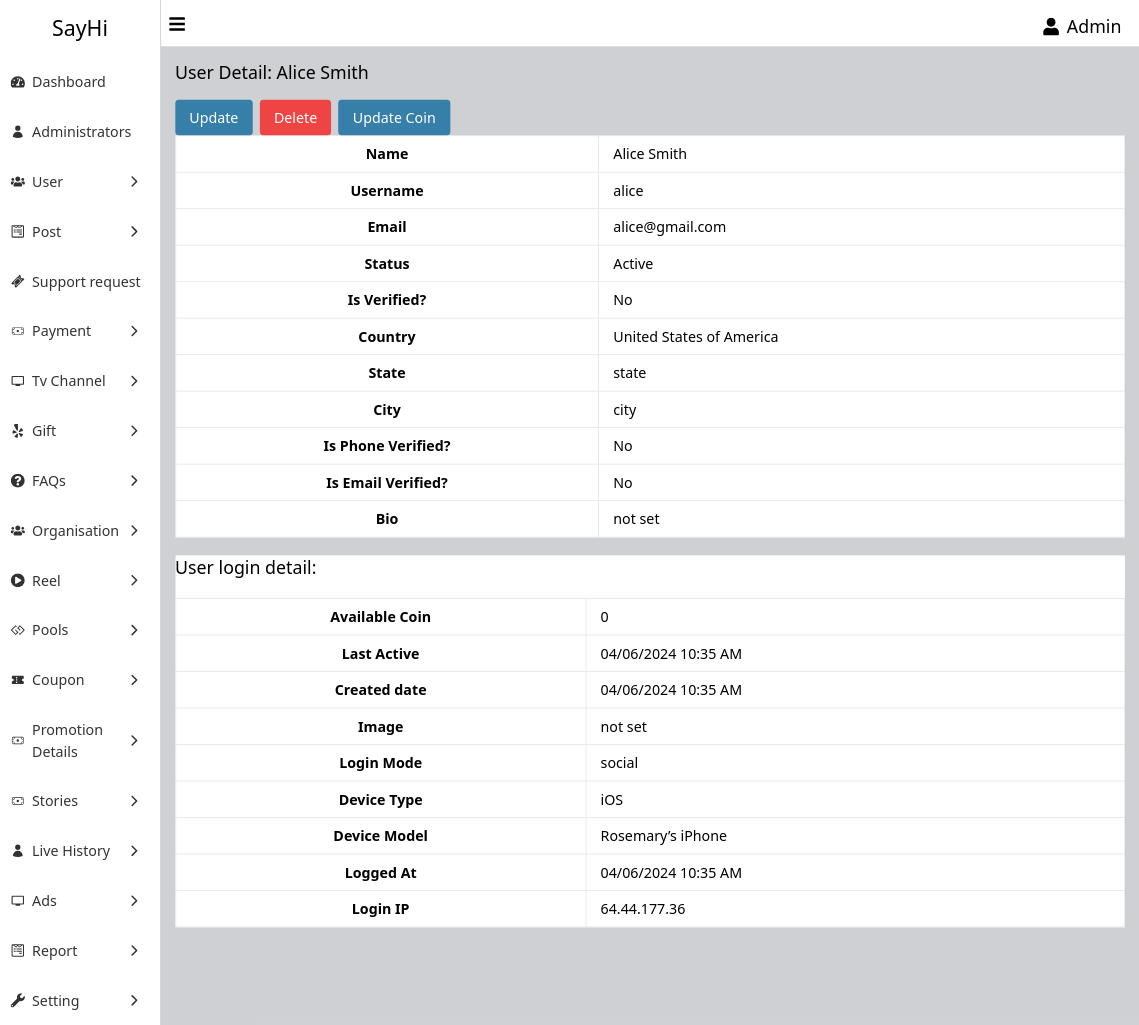
Repository: Husein8/Dashboard
Page: /userDetails/1
An editor plug-in stored every save of this project. The page is shown before and after the next save, followed by the edit.
The browser window is 1280 px wide. The pictures show the whole page, at 89% of full size.
The project was rebuilt for these pictures with package versions that can differ from the ones it lists, and the page was loaded fresh each time. Also part of the build but not shown: vite.config.js, src/components/Login.jsx, src/components/Charts.jsx, src/components/LatestPost.jsx, src/components/NewUsersData.jsx, src/components/NewUsers.jsx, src/components/TableUsersData.jsx, src/components/Footer.jsx and 13 more.

Above is the page before, as saved 2024-06-09 20:48:52.

### src/App.jsx
import React, { useState } from "react";
import { BrowserRouter as Router, Route, Routes } from "react-router-dom";
import Login from "./components/Login";
import Dashboard from "./components/Dashboard";
import OnboardSettings from "./Pages/OnboardSettings";
import AdminSettings from "./Pages/AdminSettings";
import ContactInfo from "./Pages/ContactInfo";
import { AdminSettingsProvider } from "./context/AdminSettingsContext";
import MainLayout from "./components/MainLayout";
import Users from "./Pages/Users";
import UserDetails from "./Pages/UserDetails";
import UpdateUser from "./Pages/UpdateUser";
import UpdateCoinUser from "./Pages/UpdateCoinUser";
import { UserProvider } from "./context/UserContext";

const App = () => {
  const [login, setLogin] = useState(true);

  return (
    <AdminSettingsProvider>
      <UserProvider>
        <Router>
          <Routes>
            <Route
              index
              element={<Login login={login} setLogin={setLogin} />}
            />
            <Route element={<MainLayout login={login} setLogin={setLogin} />}>
              <Route path="/dashboard" element={<Dashboard />} />
              <Route path="/dashboard/settings" element={<OnboardSettings />} />
              <Route path="/adminSettings" element={<AdminSettings />} />
              <Route path="/contactInfo" element={<ContactInfo />} />
              <Route path="/users" element={<Users />} />
              <Route path="/userDetails/:id" element={<UserDetails />} />
              <Route path="/update/:id" element={<UpdateUser />} />
              <Route path="/update-coin/:id" element={<UpdateCoinUser />} />
            </Route>
          </Routes>
        </Router>
      </UserProvider>
    </AdminSettingsProvider>
  );
};

export default App;

### src/index.css
@import "tailwindcss/base";
@import "tailwindcss/components";
@import "tailwindcss/utilities";

.bg-svg {
  background-image: url("wave.png");
}

### src/context/AdminSettingsContext.jsx
import React, { createContext, useState, useContext, useEffect } from "react";

const AdminSettingsContext = createContext();

const defaultSettings = {
  isUsernameRequired: false,
  isEmailRequired: false,
  isPhoneRequired: false,
  isAddressRequired: false,
  isDateOfBirthRequired: false,
  isFirstNameRequired: false,
  isLastNameRequired: false,
  isGenderRequired: false,
  isLocationRequired: false,
  isInterestsRequired: false,
  isPhotoRequired: false,
  isBioRequired: false,
  bioMaxLength: 200,
  isFindFriendsVisible: false,
  interestsList: ["Football", "Chess", "Reading", "Traveling", "Cooking"],
};

export const AdminSettingsProvider = ({ children }) => {
  const [settings, setSettings] = useState(() => {
    const savedSettings = localStorage.getItem("adminSettings");
    return savedSettings ? JSON.parse(savedSettings) : defaultSettings;
  });

  useEffect(() => {
    localStorage.setItem("adminSettings", JSON.stringify(settings));
  }, [settings]);

  const toggleSetting = (setting) => {
    setSettings((prevSettings) => ({
      ...prevSettings,
      [setting]: !prevSettings[setting],
    }));
  };

  const setBioMaxLength = (length) => {
    setSettings((prevSettings) => ({
      ...prevSettings,
      bioMaxLength: length,
    }));
  };

  const addInterest = (interest) => {
    setSettings((prevSettings) => ({
      ...prevSettings,
      interestsList: [...prevSettings.interestsList, interest],
    }));
  };

  const removeInterest = (interest) => {
    setSettings((prevSettings) => ({
      ...prevSettings,
      interestsList: prevSettings.interestsList.filter(
        (item) => item !== interest
      ),
    }));
  };

  return (
    <AdminSettingsContext.Provider
      value={{
        settings,
        toggleSetting,
        setBioMaxLength,
        addInterest,
        removeInterest,
      }}
    >
      {children}
    </AdminSettingsContext.Provider>
  );
};

export const useAdminSettings = () => useContext(AdminSettingsContext);

### src/components/MainLayout.jsx
import React, { useEffect, useState } from "react";
import { Outlet } from "react-router-dom";
import Sidebar from "./Sidebar";
import HeaderSidebarAdmin from "./HeaderSidebarAdmin";

const MainLayout = ({ login, setLogin }) => {
  const [sidebarOpen, setSidebarOpen] = useState(false);

  const toggleSidebar = () => {
    setSidebarOpen((prevSidebarOpen) => !prevSidebarOpen);
  };

  useEffect(() => {
    const handleResize = () => {
      if (window.innerWidth >= 760) {
        setSidebarOpen(true);
      } else {
        setSidebarOpen(false);
      }
    };

    handleResize();

    window.addEventListener("resize", handleResize);
    return () => window.removeEventListener("resize", handleResize);
  }, []);

  return (
    <div className="flex">
      <div className="w-1/10 bg-opacity-20 bg-white">
        {login ? (
          <Sidebar
            sidebarOpen={sidebarOpen}
            toggleSidebar={toggleSidebar}
            setSidebarOpen={setSidebarOpen}
            login={login}
          />
        ) : (
          ""
        )}
      </div>
      <div className="w-full bg-gray-900 bg-opacity-20">
        <HeaderSidebarAdmin toggleSidebar={toggleSidebar} login={login} />
        <div className="w-full bg-bgMainContent">
          <Outlet />
        </div>
      </div>
    </div>
  );
};

export default MainLayout;

### src/Pages/UserDetails.jsx
// UserDetails.jsx
import React, { useContext } from "react";
import { useNavigate, useParams } from "react-router-dom";
import { UserContext } from "../context/UserContext";

const UserDetails = () => {
  const { id } = useParams();
  const { users } = useContext(UserContext);
  const user = users[id];
  const navigate = useNavigate();

  const handleUpdateClick = () => {
    navigate(`/update/${id}`);
  };

  const handleUpdateCoinClick = () => {
    navigate(`/update-coin/${id}`);
  };

  const handleDeleteClick = () => {
    // Logic to delete the user
    console.log(`User with ID ${id} deleted`);
    navigate("/users");
  };

  if (!user) {
    return <div>User not found</div>;
  }

  return (
    <div className="container mx-auto p-4">
      <h2 className="text-xl mb-3 font-medium">User Detail: {user.name}</h2>
      <div className="mt-4">
        <button
          onClick={handleUpdateClick}
          className="mr-2 bg-buttonsColor text-white px-4 py-2 rounded"
        >
          Update
        </button>
        <button
          onClick={handleDeleteClick}
          className="mr-2 bg-red-500 text-white px-4 py-2 rounded"
        >
          Delete
        </button>
        <button
          onClick={handleUpdateCoinClick}
          className="bg-buttonsColor text-white px-4 py-2 rounded"
        >
          Update Coin
        </button>
      </div>
      <div className="overflow-x-auto">
        <table className="min-w-full bg-white border border-gray-200">
          <tbody>
            <tr>
              <th className="py-2 px-4 border">Name</th>
              <td className="py-2 px-4 border">{user.name}</td>
            </tr>
            <tr>
              <th className="py-2 px-4 border">Username</th>
              <td className="py-2 px-4 border">{user.username}</td>
            </tr>
            <tr>
              <th className="py-2 px-4 border">Email</th>
              <td className="py-2 px-4 border">{user.email}</td>
            </tr>
            <tr>
              <th className="py-2 px-4 border">Status</th>
              <td className="py-2 px-4 border">{user.status}</td>
            </tr>
            <tr>
              <th className="py-2 px-4 border">Is Verified?</th>
              <td className="py-2 px-4 border">
                {user.isVerified ? "Yes" : "No"}
              </td>
            </tr>
            <tr>
              <th className="py-2 px-4 border">Country</th>
              <td className="py-2 px-4 border">{user.country}</td>
            </tr>
            <tr>
              <th className="py-2 px-4 border">State</th>
              <td className="py-2 px-4 border">{user.state}</td>
            </tr>
            <tr>
              <th className="py-2 px-4 border">City</th>
              <td className="py-2 px-4 border">{user.city}</td>
            </tr>
            <tr>
              <th className="py-2 px-4 border">Is Phone Verified?</th>
              <td className="py-2 px-4 border">
                {user.isPhoneVerified ? "Yes" : "No"}
              </td>
            </tr>
            <tr>
              <th className="py-2 px-4 border">Is Email Verified?</th>
              <td className="py-2 px-4 border">
                {user.isEmailVerified ? "Yes" : "No"}
              </td>
            </tr>
            <tr>
              <th className="py-2 px-4 border">Bio</th>
              <td className="py-2 px-4 border">
                {user.bio ? user.bio : "not set"}
              </td>
            </tr>
          </tbody>
        </table>
        <div className=" bg-white">
          <h2 className="my-5 text-xl font-normal ">User login detail:</h2>
          <table className="min-w-full bg-white border border-gray-200">
            <tbody>
              <tr>
                <th className="py-2 px-4 border">Available Coin</th>
                <td className="py-2 px-4 border">{user.availableCoin}</td>
              </tr>
              <tr>
                <th className="py-2 px-4 border">Last Active</th>
                <td className="py-2 px-4 border">{user.lastActive}</td>
              </tr>
              <tr>
                <th className="py-2 px-4 border">Created date</th>
                <td className="py-2 px-4 border">{user.createdDate}</td>
              </tr>
              <tr>
                <th className="py-2 px-4 border">Image</th>
                <td className="py-2 px-4 border">
                  {user.image ? user.image : "not set"}
                </td>
              </tr>
              <tr>
                <th className="py-2 px-4 border">Login Mode</th>
                <td className="py-2 px-4 border">{user.loginMode}</td>
              </tr>
              <tr>
                <th className="py-2 px-4 border">Device Type</th>
                <td className="py-2 px-4 border">{user.deviceType}</td>
              </tr>
              <tr>
                <th className="py-2 px-4 border">Device Model</th>
                <td className="py-2 px-4 border">{user.deviceModel}</td>
              </tr>
              <tr>
                <th className="py-2 px-4 border">Logged At</th>
                <td className="py-2 px-4 border">{user.loggedAt}</td>
              </tr>
              <tr>
                <th className="py-2 px-4 border">Login IP</th>
                <td className="py-2 px-4 border">{user.loginIp}</td>
              </tr>
            </tbody>
          </table>
        </div>
      </div>
    </div>
  );
};

export default UserDetails;

### src/components/IconsData.jsx
import { useState } from "react";
import { FaArrowCircleRight, FaBars, FaUser } from "react-icons/fa";
import { AiOutlineUser } from "react-icons/ai";
import { IoVideocamOutline } from "react-icons/io5";
import { FaPlayCircle, FaHistory } from "react-icons/fa";
import { useNavigate } from "react-router-dom";

const iconsData = [
  {
    icon: <AiOutlineUser className="text-white text-5xl" />,
    title: "USERS",
    count: "10",
    moreInfo: "More info",
    color: "bg",
  },
  {
    icon: <IoVideocamOutline className="text-white text-5xl" />,
    title: "POSTS",
    count: "0",
    moreInfo: "More info",
    color: "bg-red-600",
  },
  {
    icon: <FaPlayCircle className="text-white text-5xl" />,
    title: "REELS",
    count: "0",
    moreInfo: "More info",
    color: "bg-green-700",
  },
  {
    icon: <FaHistory className="text-white text-5xl" />,
    title: "STORY",
    count: "0",
    moreInfo: "More info",
    color: "bg-red-600",
  },
];

function IconsData() {
  return (
    <div className="bg-icons">
      {/* <div className="flex items-center justify-between pl-2 py-2 bg-white">
        <div className="">
          <button onClick={toggleSidebar} className="text-xl pt-2">
            <FaBars />
          </button>
        </div>
        <div className="flex items-center gap-2 relative ">
          <div className="flex items-center gap-2 cursor-pointer text-xl pt-2 pr-5">
            <FaUser onClick={handleAdminClick} />
            <span onClick={handleAdminClick}>Admin</span>
          </div>
        </div>
        {showAdminContainer ? (
          <div className="absolute top-16 right-10 md:right-5 bg-white border w-60 md:w-64  border-black shadow-lg rounded-md ">
            <div className="">
              <div className="flex flex-col items-center pt-10 bg-black text-white">
                <FaUser className="text-7xl mb-2" />
                <p>Admin</p>
                <p className="mb-6 text-sm">Member since May 2024</p>
              </div>
              <div className="flex justify-between w-full mt-3">
                <button
                  onClick={handleSettingsClick}
                  className="text-black px-4 py-2 rounded  border hover:border-black"
                >
                  Settings
                </button>
                <button
                  className="text-black px-4 py-2 rounded border hover:border-black"
                  onClick={handleLogout}
                >
                  Logout
                </button>
              </div>
            </div>
          </div>
        ) : (
          ""
        )}
      </div> */}

      <h1 className="pt-5 text-3xl mb-5 px-2">Dashboard</h1>
      <div className="grid grid-cols-2 sm:grid-cols-2 md:grid-cols-3 lg:grid-cols-4 gap-4 pr-4 py-4 pl-3">
        {iconsData.map((item, index) => (
          <div key={index} className="flex bg-white">
            <div
              className={`container-picture flex items-center justify-center text-5xl ${item.color} px-3 py-4 border rounded-tl rounded-bl`}
            >
              {item.icon}
            </div>

            <div className="flex flex-col bg-white bg-opacity-50 w-full pl-2 ">
              <span className="text-sm">{item.title}</span>
              <span className="text-base font-bold">{item.count}</span>
              <div className="flex flex-row items-center text-blue-500 gap-1">
                <span className="text-sm">{item.moreInfo}</span>
                <FaArrowCircleRight />
              </div>
            </div>
          </div>
        ))}
      </div>
    </div>
  );
}

export default IconsData;

### src/components/HeaderSidebarAdmin.jsx
import { useState } from "react";
import { FaBars, FaUser } from "react-icons/fa";
import { useNavigate } from "react-router-dom";

function HeaderSidebarAdmin({ toggleSidebar, login }) {
  const navigate = useNavigate();
  const [showAdminContainer, setShowAdminContainer] = useState(false);

  const handleAdminClick = () => {
    if (!login) {
      navigate("/");
    } else {
      setShowAdminContainer(!showAdminContainer);
    }
  };

  const handleLogout = () => {
    navigate("/");
  };

  // handleSettingsClick;

  const handleSettingsClick = () => {
    navigate("settings");
  };

  return (
    <div>
      <div className="flex items-center justify-between pl-2 py-2 bg-white">
        <div className="">
          <button onClick={toggleSidebar} className="text-xl pt-2">
            <FaBars />
          </button>
        </div>
        <div className="flex items-center gap-2 relative ">
          <div className="flex items-center gap-2 cursor-pointer text-xl pt-2 pr-5">
            <FaUser onClick={handleAdminClick} />
            <span onClick={handleAdminClick}>Admin</span>
          </div>
        </div>
        {showAdminContainer ? (
          <div className="absolute top-16 right-10 md:right-5 bg-white border w-60 md:w-64  border-black shadow-lg rounded-md ">
            <div className="">
              <div className="flex flex-col items-center pt-10 bg-black text-white">
                <FaUser className="text-7xl mb-2" />
                <p>Admin</p>
                <p className="mb-6 text-sm">Member since May 2024</p>
              </div>
              <div className="flex justify-between w-full mt-3">
                <button
                  onClick={handleSettingsClick}
                  className="text-black px-4 py-2 rounded  border hover:border-black"
                >
                  Settings
                </button>
                <button
                  className="text-black px-4 py-2 rounded border hover:border-black"
                  onClick={handleLogout}
                >
                  Logout
                </button>
              </div>
            </div>
          </div>
        ) : (
          ""
        )}
      </div>
    </div>
  );
}

export default HeaderSidebarAdmin;

### src/components/StatusData.jsx
import { FaDollarSign, FaEnvelope, FaFileAlt } from "react-icons/fa";

const cardData = [
  {
    icon: <FaEnvelope className="text-white text-4xl md:text-5xl" />,
    bgColor: "bg-yellow-500",
    header: "SUPPORT REQUESTS",
    count: 20,
    description: "5 requests is pending for reply",
  },
  {
    icon: <FaFileAlt className="text-white text-4xl md:text-5xl" />,
    bgColor: "bg-red-500",
    header: "USERS LIVE HISTORY",
    count: 1201,
    description: "0 Users live now",
  },
  {
    icon: <FaDollarSign className="text-white text-4xl md:text-5xl" />,
    bgColor: "bg-green-500",
    header: "PAYMENTS",
    count: "$1415",
    description: "$0 in 30 Days",
  },
];

function InfoData() {
  return (
    <div className="mt-10 lg:mt-0">
      {cardData.map((card, index) => (
        <div key={index} className={`shadow-lg ${card.bgColor}`}>
          <div className="flex items-center mb-4 p-2">
            <div className="ml-2 mr-5">{card.icon}</div>
            <div className="flex flex-col text-white">
              <span className="text-sm md:text-base">{card.header}</span>
              <span className="text-sm md:text-base">{card.count}</span>
              <p className="text-sm md:text-base">{card.description}</p>
            </div>
          </div>
        </div>
      ))}
    </div>
  );
}

export default InfoData;

Loaded but not shown: index.html (common file); src/main.jsx (common file); tailwind.config.js (21 lines, source omitted); src/components/Sidebar.jsx (508 lines, source omitted); src/context/UserContext.jsx (234 lines, source omitted)

After the next save:
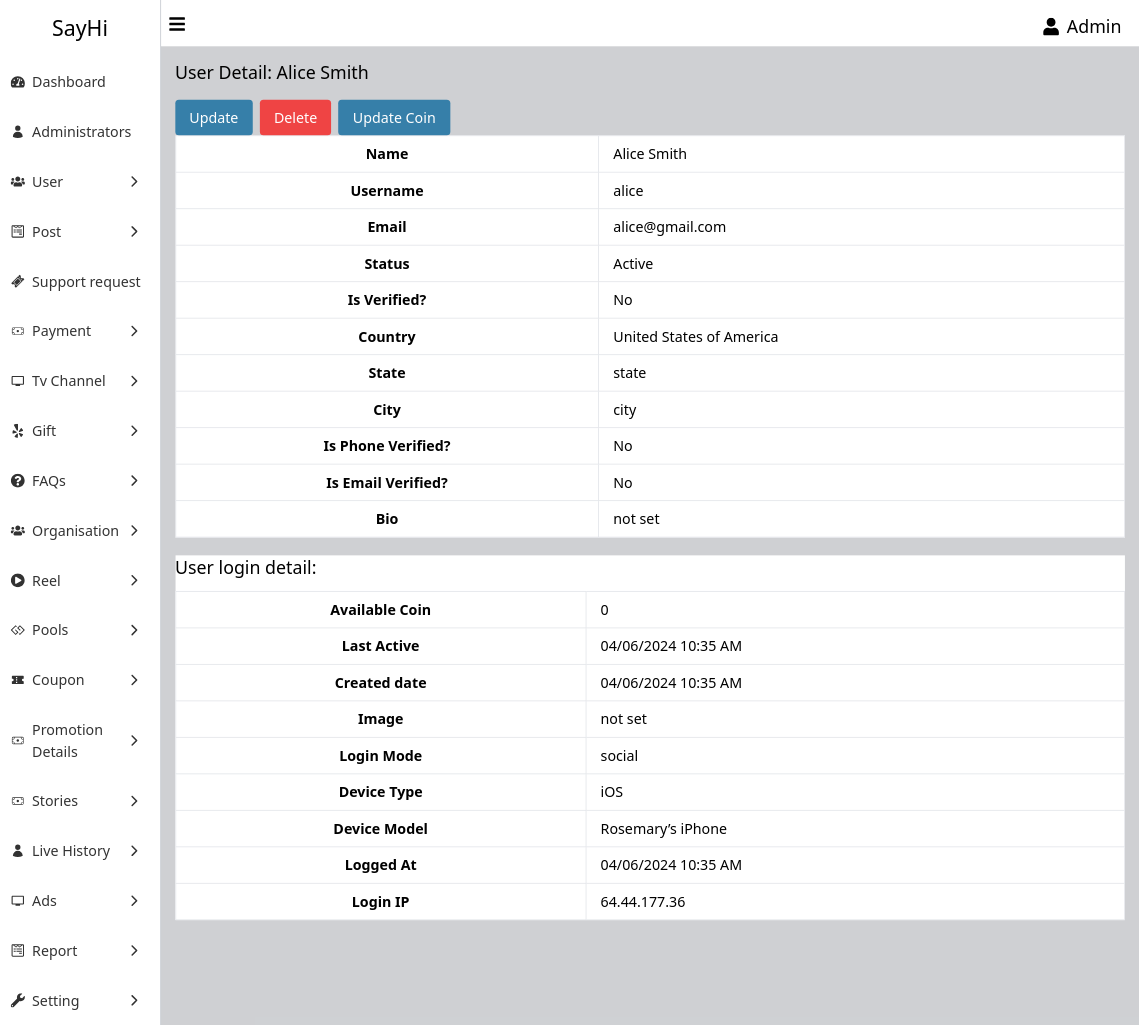
Saved 10 s later.
--- a/src/Pages/UserDetails.jsx
+++ b/src/Pages/UserDetails.jsx
@@ -108,7 +108,7 @@ const UserDetails = () => {
           </tbody>
         </table>
         <div className=" bg-white">
-          <h2 className="my-5 text-xl font-normal ">User login detail:</h2>
+          <h2 className="mt-5 mb-3 text-xl font-normal ">User login detail:</h2>
           <table className="min-w-full bg-white border border-gray-200">
             <tbody>
               <tr>
